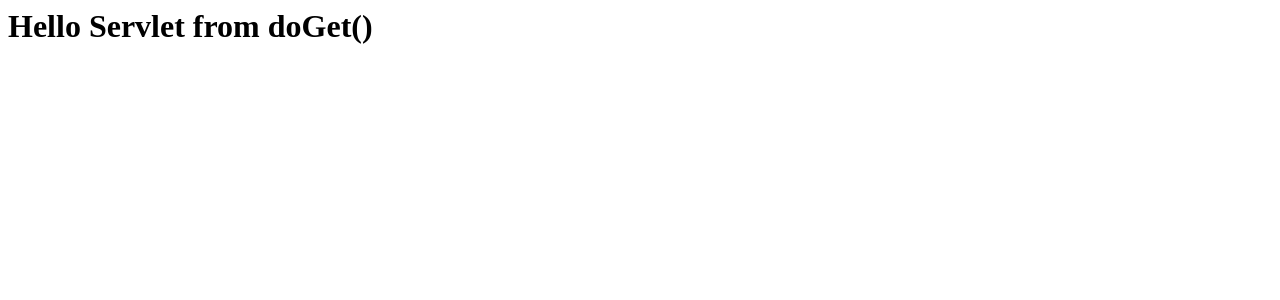
Repository: vinayingalahalli/java_batch1_revature
Page: http://localhost/my_servlet_app/abc
An editor plug-in stored every save of this project. The page is shown before and after the next save, followed by the edit.
The browser window is 1280 px wide. The pictures show the whole page.
The page is served by Tomcat 9.

Above is the page before, as saved 2019-09-10 18:50:35.

After the next save:
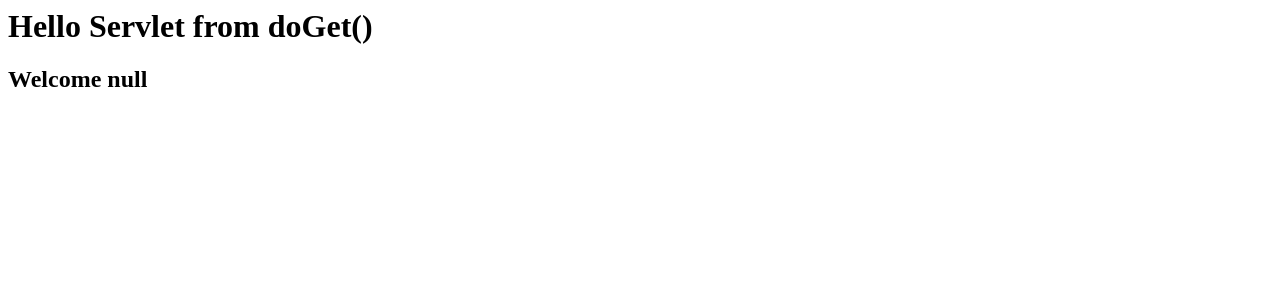
Saved 62 s later.
--- a/revature_java/my_servlet_app/src/com/MyServlet.java
+++ b/revature_java/my_servlet_app/src/com/MyServlet.java
@@ -38,6 +38,7 @@ public class MyServlet extends HttpServlet {
 		response.setContentType("text/html");
 		PrintWriter out=response.getWriter();
 		out.print("<h1>Hello Servlet from doGet()</h1>");
+		out.print("<h2>Welcome "+request.getParameter("fname")+"</h2>");
 	}
 
 	/**
